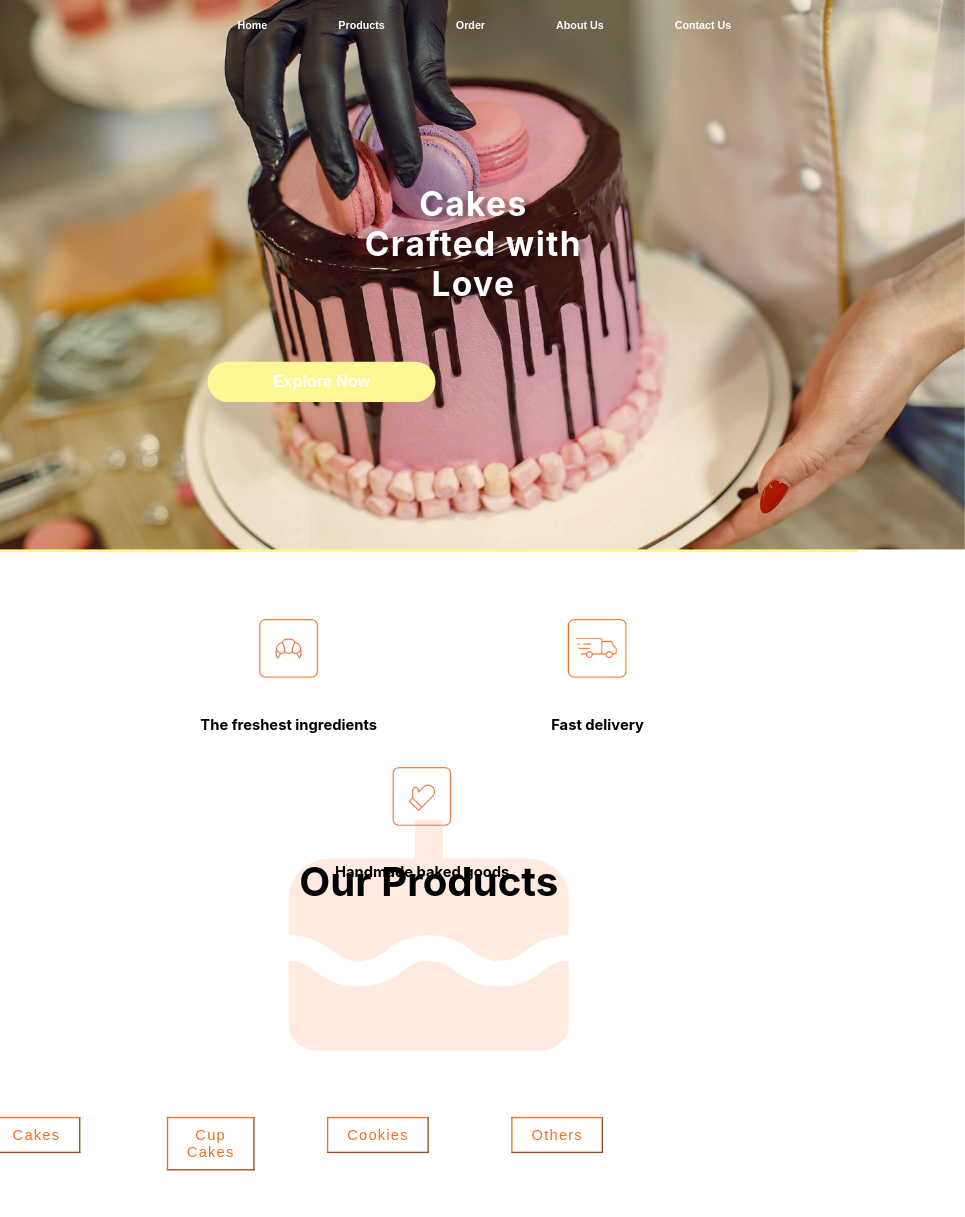
Repository: MEROO1010/cake-box
Page: /
An editor plug-in stored every save of this project. The page is shown before and after the next save, followed by the edit.
The browser window is 1280 px wide. The page is 1440 px wide, so the pictures cover 1440 px, including what lies to the right of the window. The pictures show the whole page, at 67% of full size.
The project was rebuilt for these pictures with package versions that can differ from the ones it lists, and the page was loaded fresh each time.

Above is the page before, as saved 2023-11-09 13:11:04.

### src/App.js
import './App.css';
import HomePage from './components/HomePage';
import Products from './components/Products';

function App() {
  return (
    <div className="App">
      <HomePage/>
      <Products/>
    </div>
  );
}

export default App;

### src/components/HomePage.jsx
import React from 'react';
import homePageImage from '../images/HomePage.png';
import logo from '../images/cake box.png'
import styled from 'styled-components';

const HomePage = () => {
  return (
    <Container>
      <IMAGE>
        <img src={homePageImage} alt='Home Page' />
      </IMAGE>

      {/*add the logo*/}
      <LOGO>
        <img src={logo} alt="logo design" />
      </LOGO>

      {/*Add the header*/}
      <ListWrapper>
      <ul>
        <ListItem>
          <ListLink href="#">Home</ListLink>
        </ListItem>
        <ListItem>
          <ListLink href="#">Products</ListLink>
        </ListItem>
        <ListItem>
          <ListLink href="#">Order</ListLink>
        </ListItem>
        <ListItem>
          <ListLink href="#">About Us</ListLink>
        </ListItem>
        <ListItem>
          <ListLink href="#">Contact Us</ListLink>
        </ListItem>
      </ul>
    </ListWrapper>


      {/*Add the h1*/}
      <MainTitle>
      <div>
        <h1>Cakes Crafted with Love</h1>
      </div>
      </MainTitle>

      {/*Add the Button*/}
      <ExploreNow>
        <button>Explore Now</button>
      </ExploreNow>
    </Container>
  );
};

export default HomePage;

const Container = styled.div`
`

const IMAGE = styled.div`
 max-width:100%;
 width: 100%;
 height: 100%;
 background-size: cover;
 background-position: center;
 background-repeat: no-repeat;
 background-color:#FEF794;
`

const LOGO = styled.div `
   position: absolute;
  top: 16px;
  right: 860px;
  padding-left:40px;
  width: 1015px;
  height: 519px;
  object-fit: cover;
`

const ListWrapper = styled.div`
  font-family: Arial, sans-serif;
  font-weight: bold;
  margin: 0;
  padding: 0;
  position: absolute;
  top: 0;
  left: 0;
  width: 100%;
`;

const ListItem = styled.li`
  list-style: none;
  display: inline-block;
  margin-right: 80px;
  padding-left:6px;
  top:14px;
  left:100px;
  position: relative;
`;

const ListLink = styled.a`
  text-decoration: none;
  color: #fff;
  padding: 5px 10px;


  &:hover {
    color: #FEF794;
  }
`;

const MainTitle = styled.div `
position: absolute;
  top: 240px;
  left: 533px;
  font-size: 25px;
  letter-spacing: 0.08em;
  font-weight: 800;
  color: #fff;
  display: inline-block;
  width: 347px;
  text-shadow: 9px 4px 4px rgba(0, 0, 0, 0.25);

`

const ExploreNow = styled.div`
  button{
    position: absolute;
    margin:500px 620px ;
    top:40px;
    right:10px;
    color:black;
    width:340px;
    height:60px;
    border-radius:40px;
    background-color:#FEF794;
    border:none;
    font-size:24px;
    font-weight:bold;
    color:white;
    cursor: pointer;
  }
`;

### src/components/Products.jsx
import React from 'react'
import styled from 'styled-components';
import CAKEVECTOR from '../images/cake_vector.png'
import CROISSANT from '../images/croissant.png'
import CAR from '../images/car.png'
import GLAVES from '../images/glaves.png'



const Products = () => {
  return (
    <Container>
      <CakeVector>
         <img src={CAKEVECTOR} alt=''/>
         <h1>Our Products</h1>
      </CakeVector>

      <FirstList>
        <ul>
            <li>
                <img src={CROISSANT} alt=''/>
                <h6>The freshest ingredients</h6>
            </li>

            <li>
                <img src={CAR} alt=''/>
                <h6>Fast delivery</h6>
            </li>

            <li>
                <img src={GLAVES} alt=''/>
                <h6>Handmade baked goods</h6>
            </li>
        </ul>
      </FirstList>

      <SecondList>
          <ul>
            <li><button>Cakes</button></li>
            <li><button>Cup Cakes</button></li>
            <li><button>Cookies</button></li>
            <li><button>Others</button></li>
          </ul>
      </SecondList>
    </Container>
  )
}

export default Products;


const Container = styled.div`
`

const CakeVector = styled.div`
  img{
    position: relative;
    top: 400px;
  }

  h1{
    position: relative;
    font-size:60px;
    top:68px;
  }

`

const FirstList = styled.div `
  li{
    position:relative;
    list-style: none;
  display: inline-block;
  margin-left:60px;
  padding-left:200px;
  right:160px;
  bottom:400px;
  }

  h6{
    font-size:22px;
  }
`

const SecondList =styled.div `
  li{
    position:relative;
    list-style: none;
  display: inline-block;
  margin-left:60px;
  padding-left:200px;
  right:160px;
  bottom:400px;
  }

  button{
    position: absolute;
  top: 250px;
  right: 100px;
  font-size: 22px;
  letter-spacing: 0.08em;
  font-weight: 500;
  color: #F26E22;
  background-color: white;
  border-color:#F26E22;
  padding: 12px 28px;
  margin:20px 20px;
  }
`

Loaded but not shown: public/index.html (common file); src/index.js (common file); src/index.css (common file); src/App.css (common file)

After the next save:
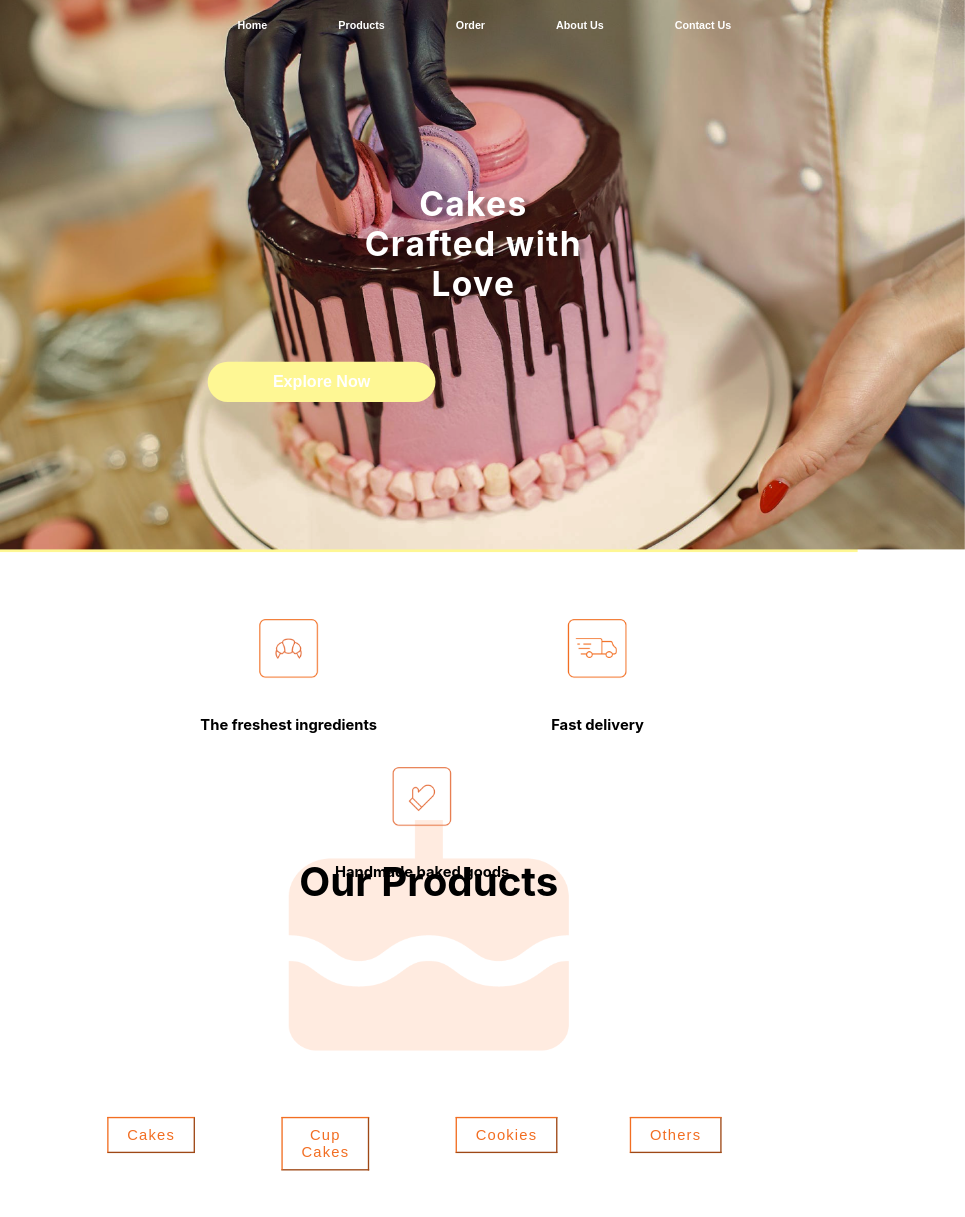
Saved 8 s later.
--- a/src/components/Products.jsx
+++ b/src/components/Products.jsx
@@ -96,7 +96,7 @@
   button{
     position: absolute;
   top: 250px;
-  right: 100px;
+  left: 100px;
   font-size: 22px;
   letter-spacing: 0.08em;
   font-weight: 500;
